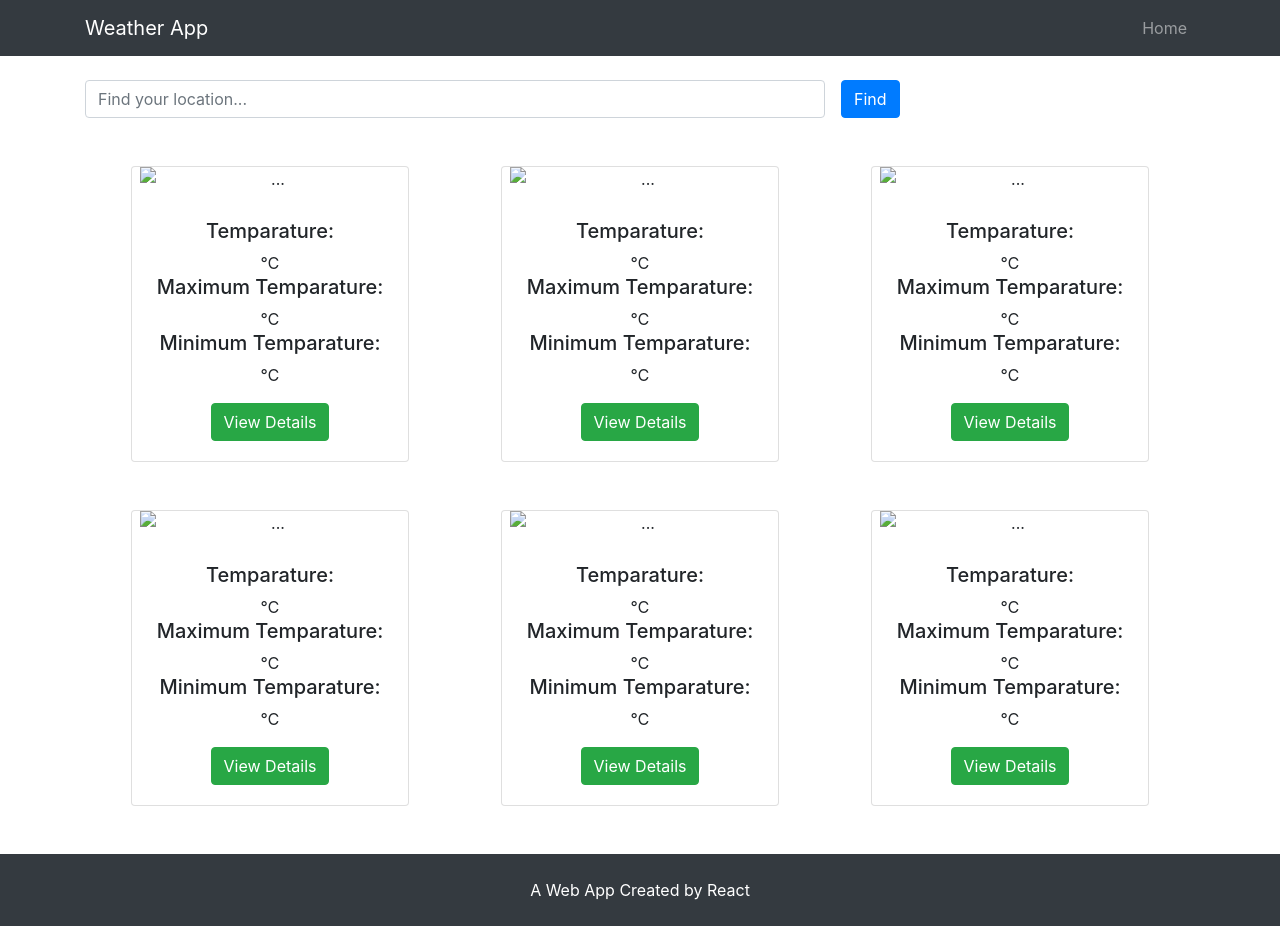
Repository: smk87/weather-app-react
Page: /
These files come from the project's save history. The page is drawn as it stood at one moment and after the next save; the edit follows.
The browser window is 1280 px wide. The pictures show the whole page.
The page's requests for data from a server got no answer. Some web libraries are served in a nearby version. The project was rebuilt for these pictures with package versions that can differ from the ones it lists, and the page was loaded fresh each time. A package was used in the major version that the imports need, not the one package.json lists. No one was signed in, and anything a server would have sent is missing. Also part of the build but not shown: src/components/ConsolidatedWeather.js, src/components/DetailedWeather.js, src/components/SearchResult.js.

Above is the page before, as saved 2019-02-07 01:25:06.

### public/index.html
<!DOCTYPE html>
<html lang="en">
  <head>
    <meta charset="utf-8" />
    <link rel="shortcut icon" href="%PUBLIC_URL%/favicon.ico" />
    <meta
      name="viewport"
      content="width=device-width, initial-scale=1, shrink-to-fit=no"
    />
    <meta name="theme-color" content="#000000" />
    <!--
      manifest.json provides metadata used when your web app is added to the
      homescreen on Android. See https://developers.google.com/web/fundamentals/web-app-manifest/
    -->
    <link rel="manifest" href="%PUBLIC_URL%/manifest.json" />
    <link
      rel="stylesheet"
      href="https://stackpath.bootstrapcdn.com/bootstrap/4.2.1/css/bootstrap.min.css"
      integrity="sha384-GJzZqFGwb1QTTN6wy59ffF1BuGJpLSa9DkKMp0DgiMDm4iYMj70gZWKYbI706tWS"
      crossorigin="anonymous"
    />
    <script
      defer
      src="https://use.fontawesome.com/releases/v5.6.3/js/all.js"
      integrity="sha384-EIHISlAOj4zgYieurP0SdoiBYfGJKkgWedPHH4jCzpCXLmzVsw1ouK59MuUtP4a1"
      crossorigin="anonymous"
    ></script>
    <!--
      Notice the use of %PUBLIC_URL% in the tags above.
      It will be replaced with the URL of the `public` folder during the build.
      Only files inside the `public` folder can be referenced from the HTML.

      Unlike "/favicon.ico" or "favicon.ico", "%PUBLIC_URL%/favicon.ico" will
      work correctly both with client-side routing and a non-root public URL.
      Learn how to configure a non-root public URL by running `npm run build`.
    -->
    <title>Weather App</title>
  </head>
  <body>
    <noscript>You need to enable JavaScript to run this app.</noscript>
    <div id="root"></div>
    <!--
      This HTML file is a template.
      If you open it directly in the browser, you will see an empty page.

      You can add webfonts, meta tags, or analytics to this file.
      The build step will place the bundled scripts into the <body> tag.

      To begin the development, run `npm start` or `yarn start`.
      To create a production bundle, use `npm run build` or `yarn build`.
    -->

    <script
      src="https://code.jquery.com/jquery-3.3.1.slim.min.js"
      integrity="sha384-q8i/X+965DzO0rT7abK41JStQIAqVgRVzpbzo5smXKp4YfRvH+8abtTE1Pi6jizo"
      crossorigin="anonymous"
    ></script>
    <script
      src="https://cdnjs.cloudflare.com/ajax/libs/popper.js/1.14.6/umd/popper.min.js"
      integrity="sha384-wHAiFfRlMFy6i5SRaxvfOCifBUQy1xHdJ/yoi7FRNXMRBu5WHdZYu1hA6ZOblgut"
      crossorigin="anonymous"
    ></script>
    <script
      src="https://stackpath.bootstrapcdn.com/bootstrap/4.2.1/js/bootstrap.min.js"
      integrity="sha384-B0UglyR+jN6CkvvICOB2joaf5I4l3gm9GU6Hc1og6Ls7i6U/mkkaduKaBhlAXv9k"
      crossorigin="anonymous"
    ></script>
  </body>
</html>

### src/App.js
import React, { Component } from "react";
import { BrowserRouter as Router, Route, Switch } from "react-router-dom";
import logo from "./logo.svg";
import "./App.css";

//Import All Components
import NavBar from "./components/NavBar";
import Footer from "./components/Footer";
import Home from "./components/Home";
import DetailedWeather from "./components/DetailedWeather";
import SearchResult from "./components/SearchResult";

class App extends Component {
  render() {
    return (
      <Router>
        <div className="App">
          <NavBar />
          <Route exact path="/" component={Home} />
          <Route exact path="/search/:keyword" component={SearchResult} />
          <Route exact path="/weather/:woeid" component={DetailedWeather} />
          <Footer />
        </div>
      </Router>
    );
  }
}

export default App;

### src/components/NavBar.js
import React, { Component } from "react";
import { Link } from "react-router-dom";

export default class NavBar extends Component {
  render() {
    return (
      <div>
        <nav className="navbar navbar-expand-sm navbar-dark bg-dark mb-4">
          <div className="container">
            <Link className="navbar-brand" to="/">
              Weather App
            </Link>
            <button
              className="navbar-toggler"
              type="button"
              data-toggle="collapse"
              data-target="#mobile-nav"
            >
              <span className="navbar-toggler-icon" />
            </button>

            <div className="collapse navbar-collapse" id="mobile-nav">
              <ul className="navbar-nav mr-auto" />
              <ul className="navbar-nav ml-auto">
                <li className="nav-item">
                  <Link className="nav-link" to="/">
                    Home
                  </Link>
                </li>
              </ul>
            </div>
          </div>
        </nav>
      </div>
    );
  }
}

### src/components/Footer.js
import React from "react";

export default function Footer() {
  return (
    <footer className="bg-dark text-white mt-5 p-4 text-center">
      A Web App Created by React
    </footer>
  );
}

### src/components/Home.js
import React, { Component } from "react";
import { Link } from "react-router-dom";
import Weather from "./Weather";

export default class Home extends Component {
  constructor() {
    super();

    this.state = {
      search: ""
    };
  }
  onChange = e => {
    this.setState({
      [e.target.name]: e.target.value
    });
  };

  render() {
    const newTo = {
      pathname: `/search/${this.state.search}`
    };
    return (
      <div>
        <div className="container">
          <form className="form-inline">
            <input
              type="text"
              name="search"
              className="form-control col-md-8"
              placeholder="Find your location..."
              value={this.state.search}
              onChange={this.onChange}
            />

            <Link to={newTo}>
              <input
                type="submit"
                className="ml-3 btn btn-primary"
                value="Find"
              />
            </Link>
          </form>

          <form className="form-inline">
            <Weather id="2344116" />
            <Weather id="638242" />
            <Weather id="44418" />
          </form>
          <form className="form-inline">
            <Weather id="565346" />
            <Weather id="560743" />
            <Weather id="9807" />
          </form>
        </div>
      </div>
    );
  }
}

### src/components/Weather.js
import React, { Component } from "react";
import axios from "axios";
import { Link } from "react-router-dom";

export default class Weather extends Component {
  constructor() {
    super();

    this.state = {
      cityname: "",
      id: "",
      temp: "",
      maxtemp: "",
      mintemp: "",
      logo: ""
    };
  }

  componentWillMount() {
    this.setState({ id: this.props.id });

    const url = `/weather/weather.php?command=location&woeid=${this.props.id}`;
    // console.log(url);
    axios
      .get(url) //Used proxy to connect with local wamp server
      .then(res => {
        // console.log(res.data);

        switch (res.data.consolidated_weather[0].weather_state_name) {
          case "Snow":
            this.setState({
              logo: "https://www.metaweather.com/static/img/weather/sn.svg"
            });
            break;
          case "Sleet":
            this.setState({
              logo: "https://www.metaweather.com/static/img/weather/sl.svg"
            });
            break;
          case "Hail":
            this.setState({
              logo: "https://www.metaweather.com/static/img/weather/h.svg"
            });
            break;
          case "Thunderstorm":
            this.setState({
              logo: "https://www.metaweather.com/static/img/weather/t.svg"
            });
            break;
          case "Heavy Rain":
            this.setState({
              logo: "https://www.metaweather.com/static/img/weather/hr.svg"
            });
            break;
          case "Light Rain":
            this.setState({
              logo: `https://www.metaweather.com/static/img/weather/lr.svg`
            });
            break;
          case "Showers":
            this.setState({
              logo: "https://www.metaweather.com/static/img/weather/s.svg"
            });
            break;
          case "Heavy Cloud":
            this.setState({
              logo: "https://www.metaweather.com/static/img/weather/hc.svg"
            });
            break;
          case "Light Cloud":
            this.setState({
              logo: "https://www.metaweather.com/static/img/weather/lc.svg"
            });
            break;
          case "Clear":
            this.setState({
              logo: "https://www.metaweather.com/static/img/weather/c.svg"
            });
            break;
        }
        this.setState({
          cityname: res.data.title,
          temp: res.data.consolidated_weather[0].the_temp.toPrecision(3),
          maxtemp: res.data.consolidated_weather[0].max_temp.toPrecision(3),
          mintemp: res.data.consolidated_weather[0].min_temp.toPrecision(3)
        });
      })
      .catch(err => console.log(err));
  }

  render() {
    const newTo = {
      pathname: `/weather/${this.state.id}`
    };
    return (
      <div className=" mt-5 mx-auto h-50 w-25 card">
        <img
          src={this.state.logo}
          className="card-img-top pl-2 pr-2"
          alt="..."
        />
        <div className="card-body">
          <div className="card-text">
            <h2>{this.state.cityname}</h2>
          </div>
          <div className="card-text">
            <h5>Temparature: </h5> {this.state.temp}
            <span>&#8451;</span>
          </div>
          <div className="card-text">
            {" "}
            <h5>Maximum Temparature: </h5> {this.state.maxtemp}
            <span>&#8451;</span>
          </div>
          <div className="card-text">
            {" "}
            <h5>Minimum Temparature: </h5>
            {this.state.mintemp}
            <span>&#8451;</span>
          </div>
          <p />
          <Link to={newTo}>
            <button type="button" className="btn btn-success">
              View Details
            </button>
          </Link>
        </div>
      </div>
    );
  }
}

Loaded but not shown: src/index.js (common file); src/index.css (common file); src/serviceWorker.js (common file); src/App.css (common file)

After the next save:
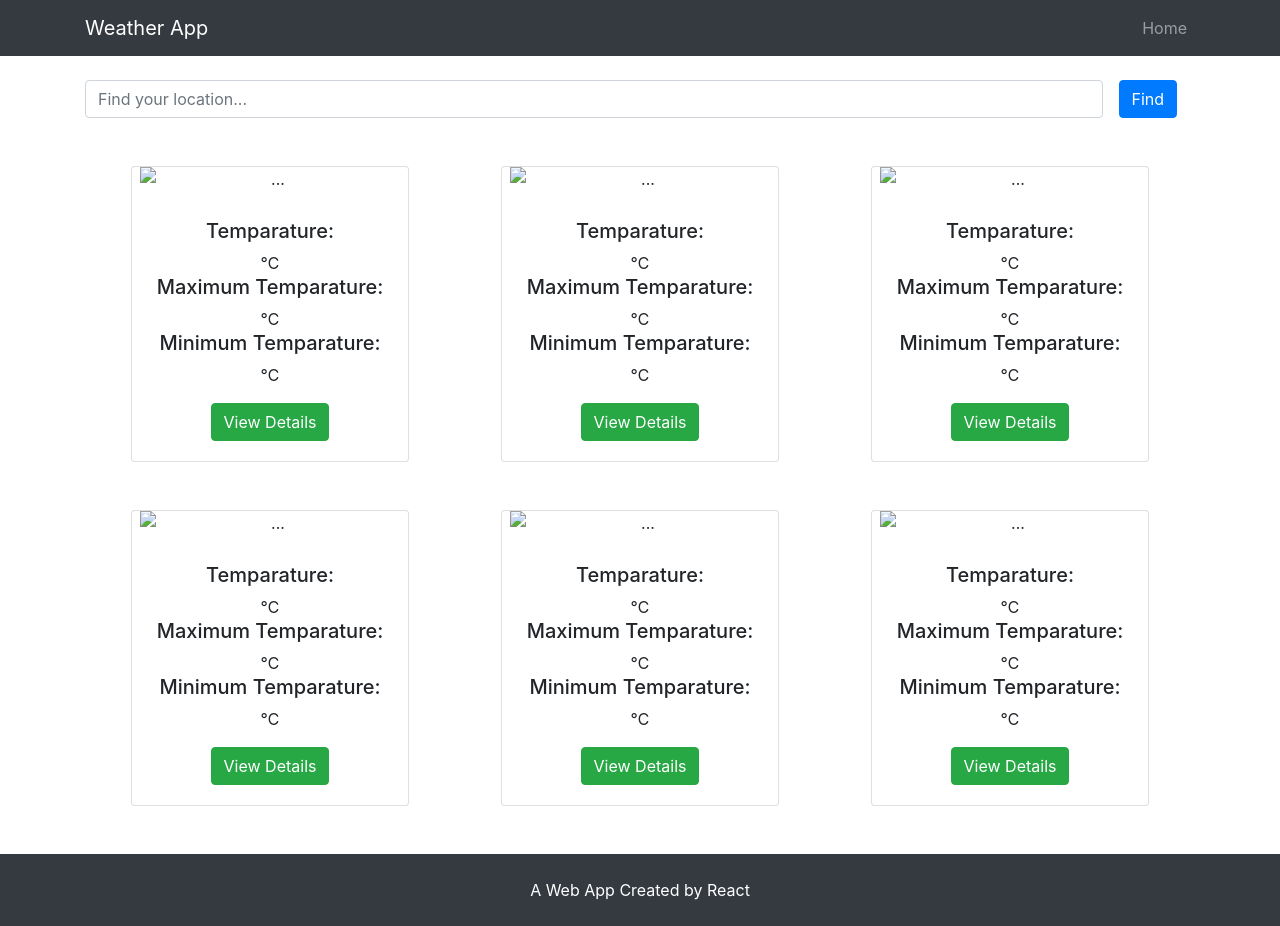
Saved 7 s later.
--- a/src/components/Home.js
+++ b/src/components/Home.js
@@ -27,7 +27,7 @@ export default class Home extends Component {
             <input
               type="text"
               name="search"
-              className="form-control col-md-8"
+              className="form-control col-md-11"
               placeholder="Find your location..."
               value={this.state.search}
               onChange={this.onChange}
